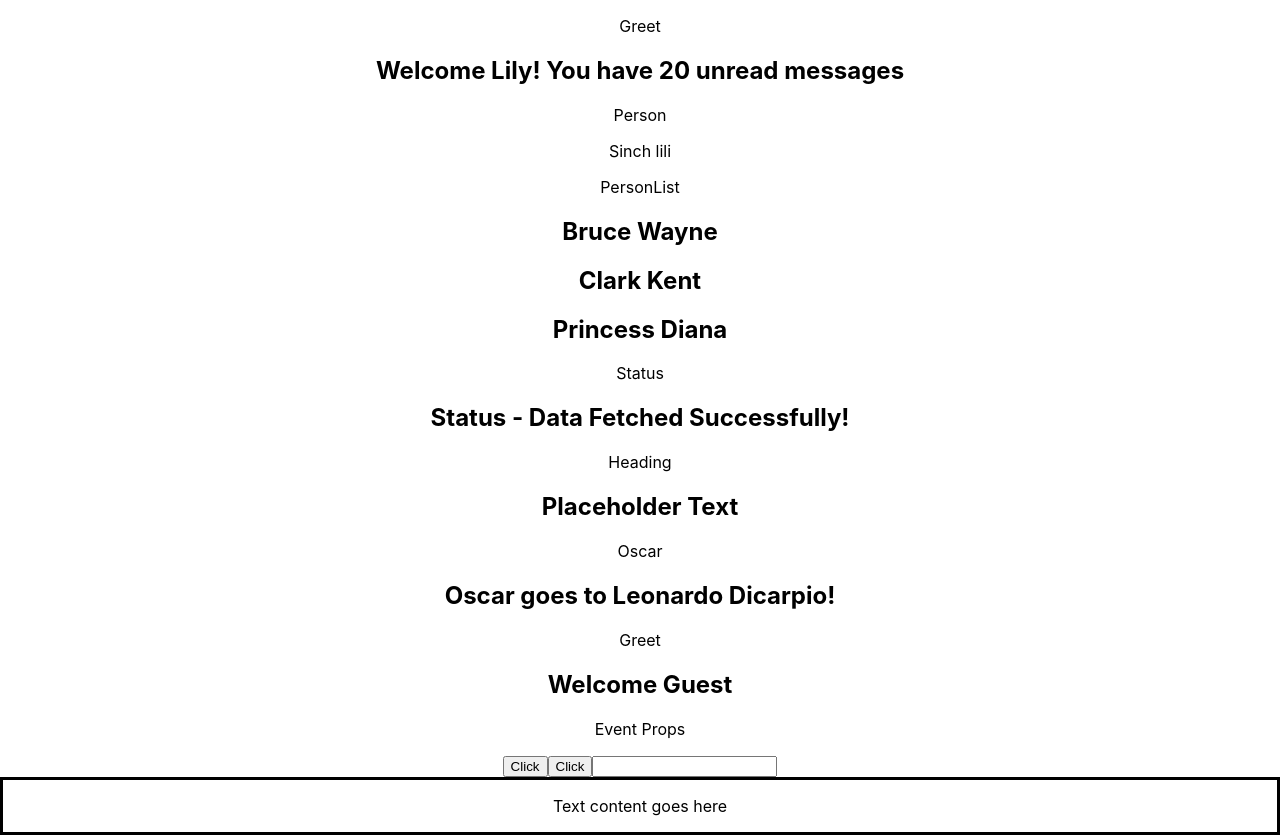
Repository: sinchana-P/react-typescript-demo
Page: /
The author's editor kept a copy of each file at every save. The page is drawn from the files as they stood at one save, then again after the next save.
The browser window is 1280 px wide. The pictures show the whole page.
The project was rebuilt for these pictures with package versions that can differ from the ones it lists, and the page was loaded fresh each time.

Above is the page before, as saved 2023-12-03 13:50:53.

After the next save:
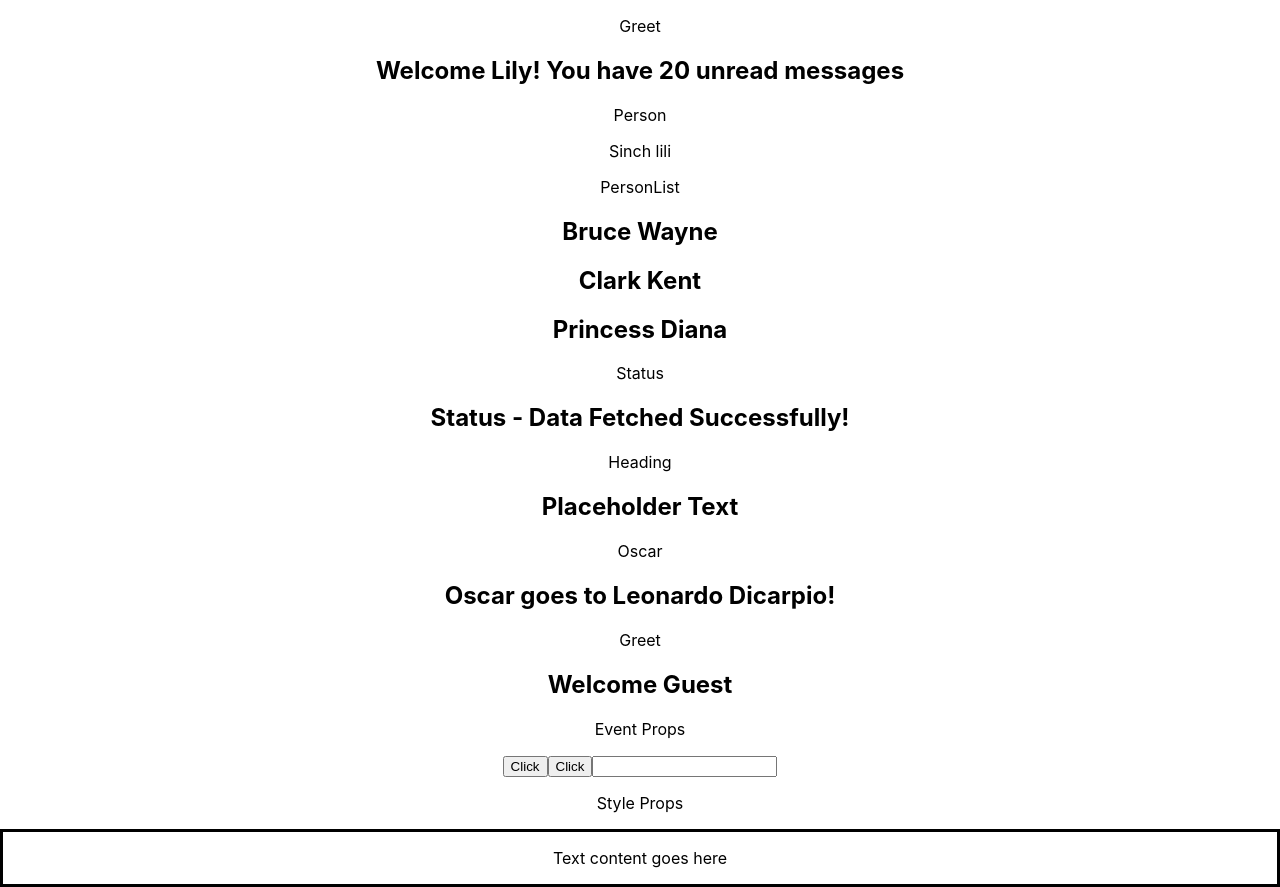
Saved 8 s later.
--- a/src/App.tsx
+++ b/src/App.tsx
@@ -69,6 +69,7 @@ function App() {
       <Input value='' handleChange={event => console.log(event)} />
 
       {/* 7. Style Props  */}
+      <p>Style Props</p>
       <Container styles={{ border: '3px solid black', padding: '1rem' }} />
 
 
